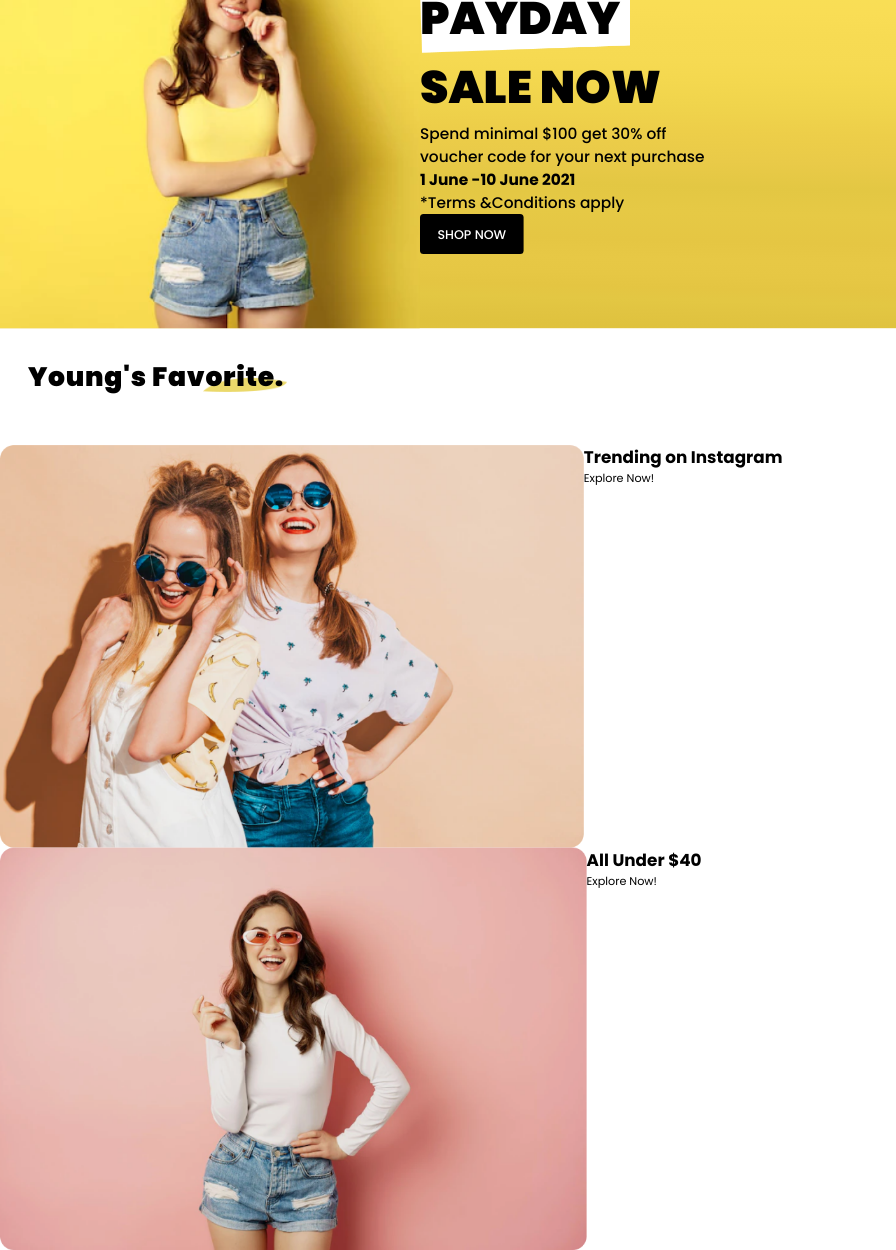
Repository: isaacCodes1/FashionSite
Page: index.html
These files come from the project's save history. The page is drawn as it stood at one moment and after the next save; the edit follows.
The browser window is 1280 px wide. The pictures show the part of the page from y = 1807 to 3727 px (the page is 3593 px tall before and 3727 px after), at 70% of full size.

Above is the page before, as saved 2024-03-12 22:49:39.

After the next save:
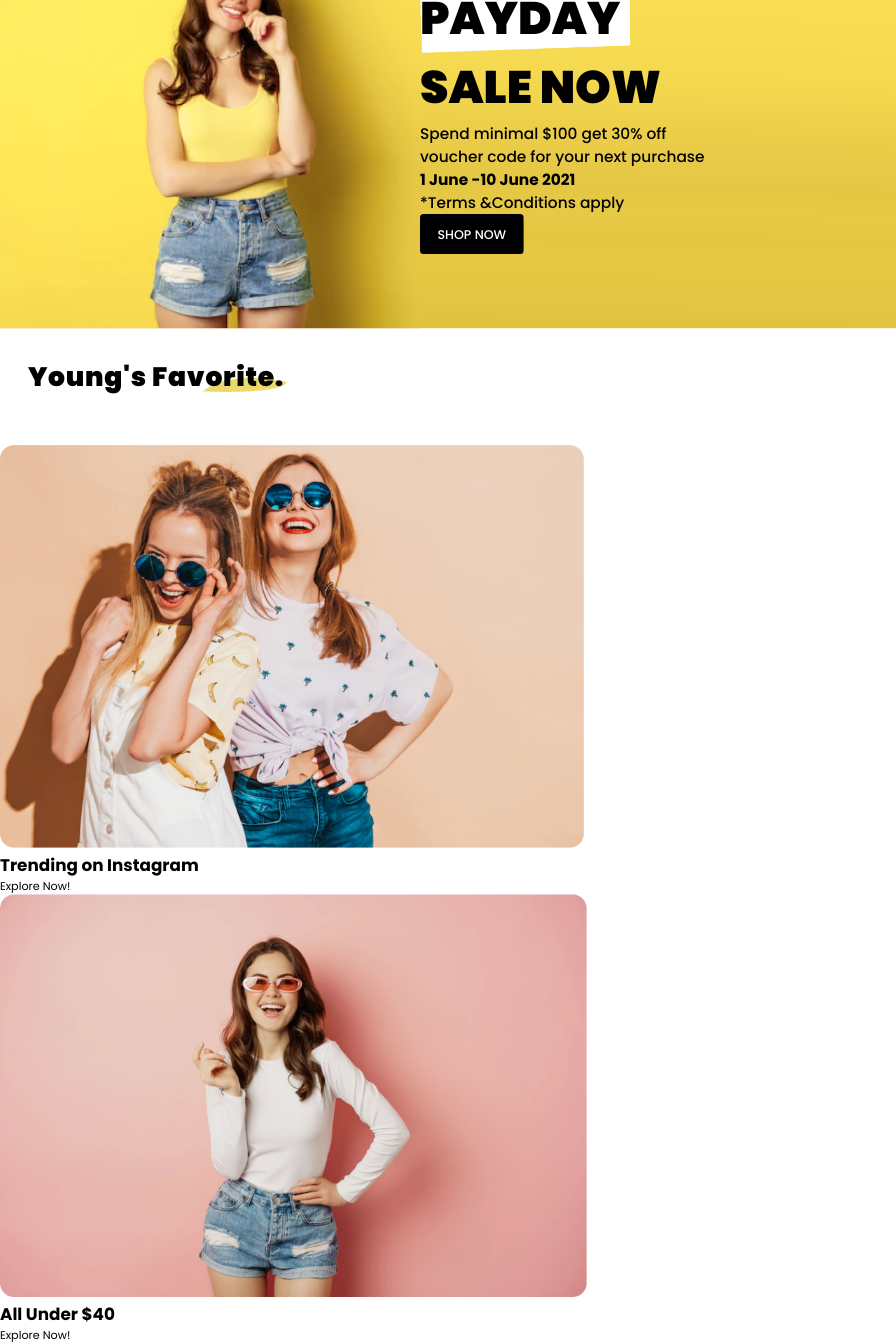
Saved 75 s later.
--- a/style.css
+++ b/style.css
@@ -307,19 +307,3 @@
   width: 10%;
   z-index: -1;
 }
-.gilsSectn {
-   display: flex;
-      flex-direction: row;
-}
-.girlsImg img {
-  width: 100%;
-  display: flex;
-}
-.girlsImg1 img {
-  width: 100%;
-  display: flex;
-}
-.section {
-  display: flex;
-  flex-direction: row;
-}
